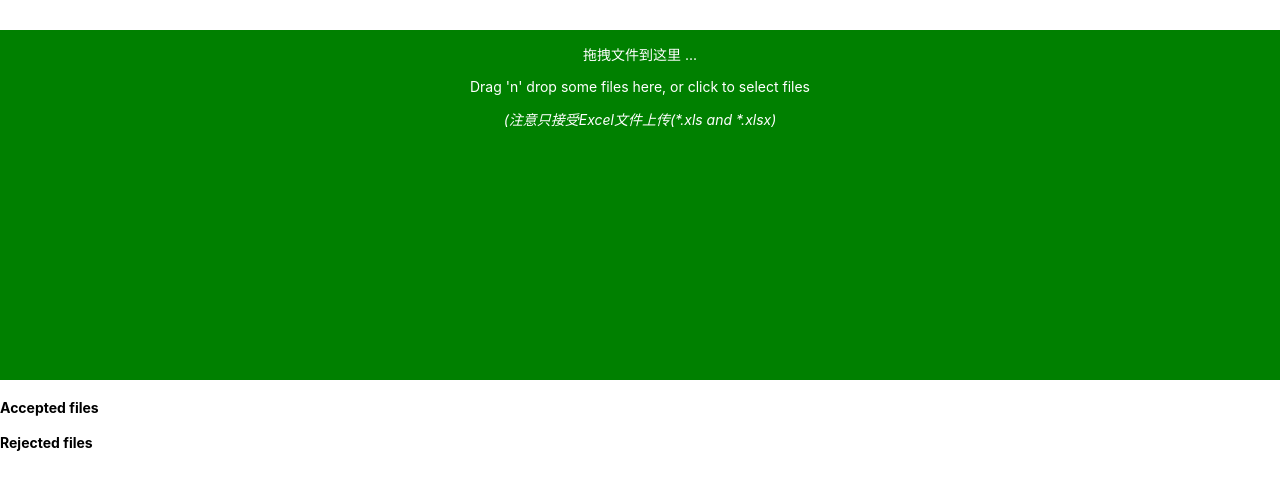
Repository: enigmawxy/abi2020
Page: /
These files come from the project's save history. The page is drawn as it stood at one moment and after the next save; the edit follows.
The browser window is 1280 px wide. The pictures show the whole page.
The page's requests for data from a server got no answer. The project was rebuilt for these pictures with package versions that can differ from the ones it lists, and the page was loaded fresh each time. No one was signed in, and anything a server would have sent is missing. Also part of the build but not shown: src/components/login/login.scss, src/components/login/login.jsx, src/common/header.scss, src/common/header.jsx, src/common/footer.scss, src/common/footer.jsx, src/components/register/content.scss, src/components/register/content.jsx and 3 more.

Above is the page before, as saved 2020-08-19 10:52:30.

### src/App.js
import React from 'react';
import './App.css';
import Login from './components/login/login'
import Register from './components/register/register';
import Accept from './common/Accept';
import Previews from './common/Previews'

function App() {
  return (
    <div className="App">
      <Accept/>
    </div>
  );
}

export default App;

### src/common/Accept.jsx
import React, { useState, useEffect } from 'react';
import {useDropzone} from 'react-dropzone';
import './Accept.scss'

function Accept(props) {
  const [curr, setFile] = useState('')
  const [currFile, setCurrFile] = useState(null)

  const {
    acceptedFiles,
    fileRejections,
    getRootProps,
    getInputProps,
    isDragActive,
    isDragAccept,
    isDragReject
  } = useDropzone({
    accept: ".csv,application/vnd.ms-excel,application/vnd.openxmlformats-officedocument.spreadsheetml.sheet"
  });

  useEffect(()=>{
    console.log(curr, currFile)
    let serverURL = "http://localhost:9093/manage/bi/uploadExcelTest"
    const xhr = new XMLHttpRequest();
    const fd = new FormData();
    xhr.onreadystatechange = function() {
      if (xhr.readyState === 4 && xhr.status === 200) {
          console.log(xhr.responseText)
      }
    };

    xhr.upload.addEventListener("progress", function(event) {
      if(event.lengthComputable){
          //setProgress(Math.ceil(event.loaded * 100 / event.total) + "%")
      }
    }, false);

    fd.append("file", currFile);
    xhr.open("POST", serverURL, true);
    xhr.send(fd);
  }, [curr])

  const acceptedFileItems = acceptedFiles.map(file => {
    // 上传文件, 下面几行代码是为了解决重复上传的问题，因为拖拽时
    // 这个功能不断被调用，文件都是同一个文件所以使用这两个变量来实现
    // 文件上传的动作在useEffect副作用中执行。
    if(curr == '') {
      setFile(file.name)
      setCurrFile(file)
    }
    else {
      if(curr !== file.name) {
        setFile(file.name)
        setCurrFile(file)
      }
    }

    return (
      <li key={file.path}>
        {file.path} - {file.size} bytes
      </li>
    )
  });

  const fileRejectionItems = fileRejections.map(({ file, errors }) => {
    console.log(file);
    return (
      <li key={file.path}>
        {file.path} - {file.size} bytes
        <ul>
          {errors.map(e => (
            <li key={e.code}>{e.message}</li>
          ))}
        </ul>
      </li>
  )});

  return (
    <section className="container">
      <div {...getRootProps({ className: 'dropzone' })}>
        <input {...getInputProps()} />
        {isDragAccept && (<p>文件被接受</p>)}
        {isDragReject && (<p>文件被拒收</p>)}
        {!isDragActive && (<p>拖拽文件到这里 ...</p>)}
        <p>Drag 'n' drop some files here, or click to select files</p>
        <em>(注意只接受Excel文件上传(*.xls and *.xlsx)</em>
      </div>
      <aside>
        <h4>Accepted files</h4>
        <ul>{acceptedFileItems}</ul>
        <h4>Rejected files</h4>
        <ul>{fileRejectionItems}</ul>
      </aside>
    </section>
  );
}

export default Accept

### src/common/Accept.scss
.container {
    width: 100%;
    height: 100%;
    display: flex;
    flex-direction: column;
    .dropzone {
        height: 350px;
        margin-top: 30px;
        background: green;
        text-align: center;
        p, em {
            color: #fff;
        }
    }
    aside {
        flex: 1;
        background: #fff;
    }
}

.progress-bar {
    border: 1px solid #000;
    .progress {
        width: 0;
        background: #DEDEDE;
        height: 20px;
    }
}

Loaded but not shown: src/index.js (common file); src/index.css (common file); src/serviceWorker.js (common file); src/App.css (common file)

After the next save:
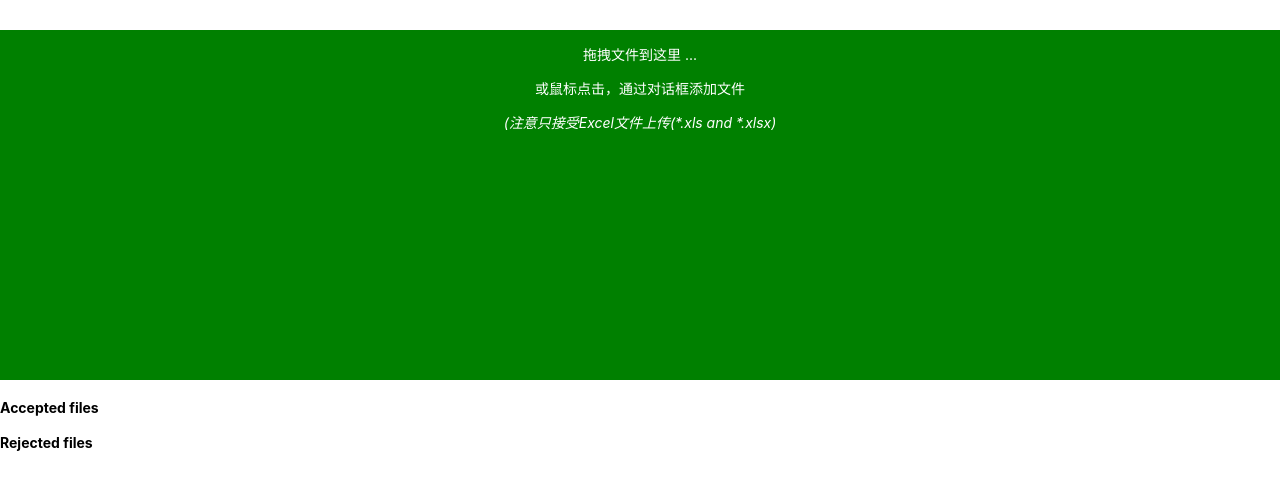
Saved 59 s later.
--- a/src/common/Accept.jsx
+++ b/src/common/Accept.jsx
@@ -82,7 +82,7 @@ function Accept(props) {
         {isDragAccept && (<p>文件被接受</p>)}
         {isDragReject && (<p>文件被拒收</p>)}
         {!isDragActive && (<p>拖拽文件到这里 ...</p>)}
-        <p>Drag 'n' drop some files here, or click to select files</p>
+        <p>或鼠标点击，通过对话框添加文件</p>
         <em>(注意只接受Excel文件上传(*.xls and *.xlsx)</em>
       </div>
       <aside>
